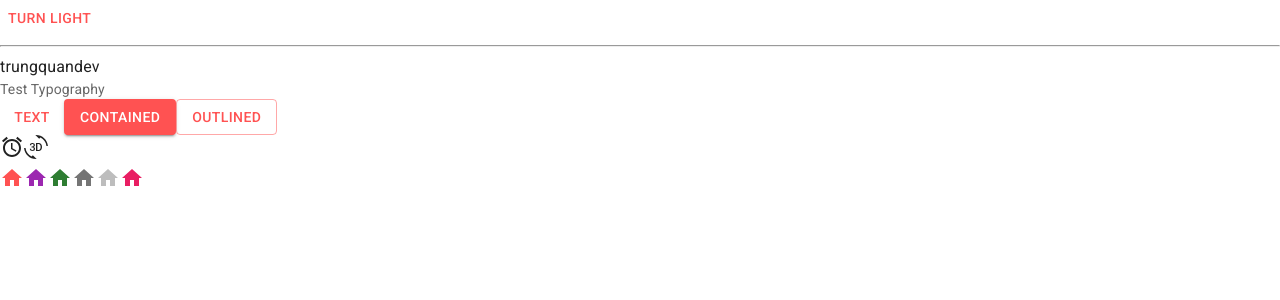
Repository: VoPhamKhanhTruong/trello-web
Page: /
An editor plug-in stored every save of this project. The page is shown before and after the next save, followed by the edit.
The browser window is 1280 px wide. The pictures show the whole page.
The project was rebuilt for these pictures with package versions that can differ from the ones it lists, and the page was loaded fresh each time. Also part of the build but not shown: vite.config.js.

Above is the page before, as saved 2024-08-07 14:43:35.

### src/main.jsx
import React from 'react'
import ReactDOM from 'react-dom/client'
import App from './App.jsx'
import CssBaseline from '@mui/material/CssBaseline'
import { Experimental_CssVarsProvider as CssVarsProvider } from '@mui/material/styles'
import { ThemeProvider } from '@mui/material/styles'
import theme from './theme'

ReactDOM.createRoot(document.getElementById('root')).render(
  <React.StrictMode>
    <CssVarsProvider theme={theme}>
      <CssBaseline />
      <App />
    </CssVarsProvider>
  </React.StrictMode>
)

### src/App.jsx
import Button from '@mui/material/Button'
import AccessAlarmIcon from '@mui/icons-material/AccessAlarm'
import ThreeDRotation from '@mui/icons-material/ThreeDRotation'
import HomeIcon from '@mui/icons-material/Home'
import { pink } from '@mui/material/colors'
import Typography from '@mui/material/Typography'
import {
  useColorScheme
} from '@mui/material/styles'

function ModeToggle() {
  const { mode, setMode } = useColorScheme()
  return (
    <Button
      onClick={() => {
        setMode(mode === 'light' ? 'dark' : 'light')
      }}
    >
      {mode === 'light' ? 'Turn dark' : 'Turn light'}
    </Button>
  )
}

function App() {
  return (
    <>
      <ModeToggle />
      <hr />
      <div>trungquandev</div>

      <Typography variant="body2" color="text.secondary">Test Typography</Typography>

      <Button variant="text">Text</Button>
      <Button variant="contained">Contained</Button>
      <Button variant="outlined">Outlined</Button>

      <br />

      <AccessAlarmIcon />
      <ThreeDRotation />

      <br />
      <HomeIcon color="primary" />
      <HomeIcon color="secondary" />
      <HomeIcon color="success" />
      <HomeIcon color="action" />
      <HomeIcon color="disabled" />
      <HomeIcon sx={{ color: pink[500] }} />
    </>
  )
}

export default App

### src/theme.js
import { createTheme } from '@mui/material/styles'
import { red } from '@mui/material/colors'
import { experimental_extendTheme as extendTheme } from '@mui/material/styles'

// Create a theme instance.
const theme = extendTheme({
  colorSchemes: {
    light: {
      palette: {
        primary: {
          main: '#ff5252'
        }
      }
    },
    dark: {
      palette: {
        primary: {
          main: '#000'
        }
      }
    }
  }
})

export default theme

Loaded but not shown: index.html (common file)

After the next save:
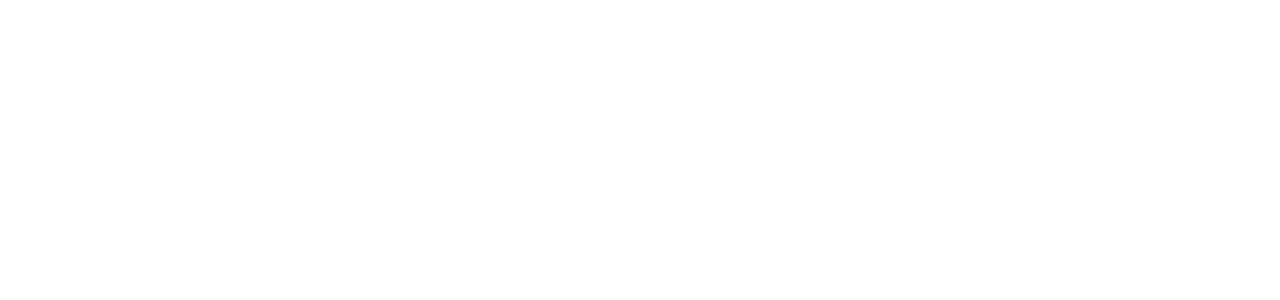
Console error (its wording comes from the project's code and is left out).
Saved 85 s later.
--- a/src/theme.js
+++ b/src/theme.js
@@ -8,14 +8,14 @@
     light: {
       palette: {
         primary: {
-          main: '#ff5252'
+          // main: '#ff5252'
         }
       }
     },
     dark: {
       palette: {
         primary: {
-          main: '#000'
+          // main: '#000'
         }
       }
     }

After the 2 saves that followed:
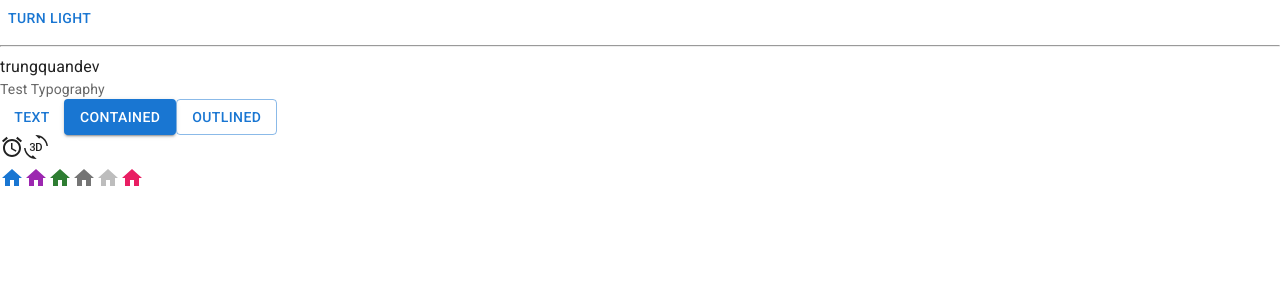
The error is gone.
The 2 saves are shown as one change because 1 left the picture as it was.
The last was saved 41 s later.
--- a/src/theme.js
+++ b/src/theme.js
@@ -7,16 +7,16 @@
   colorSchemes: {
     light: {
       palette: {
-        primary: {
-          // main: '#ff5252'
-        }
+        // primary: {
+        //   main: '#ff5252'
+        // }
       }
     },
     dark: {
       palette: {
-        primary: {
-          // main: '#000'
-        }
+        // primary: {
+        //   main: '#000'
+        // }
       }
     }
   }
